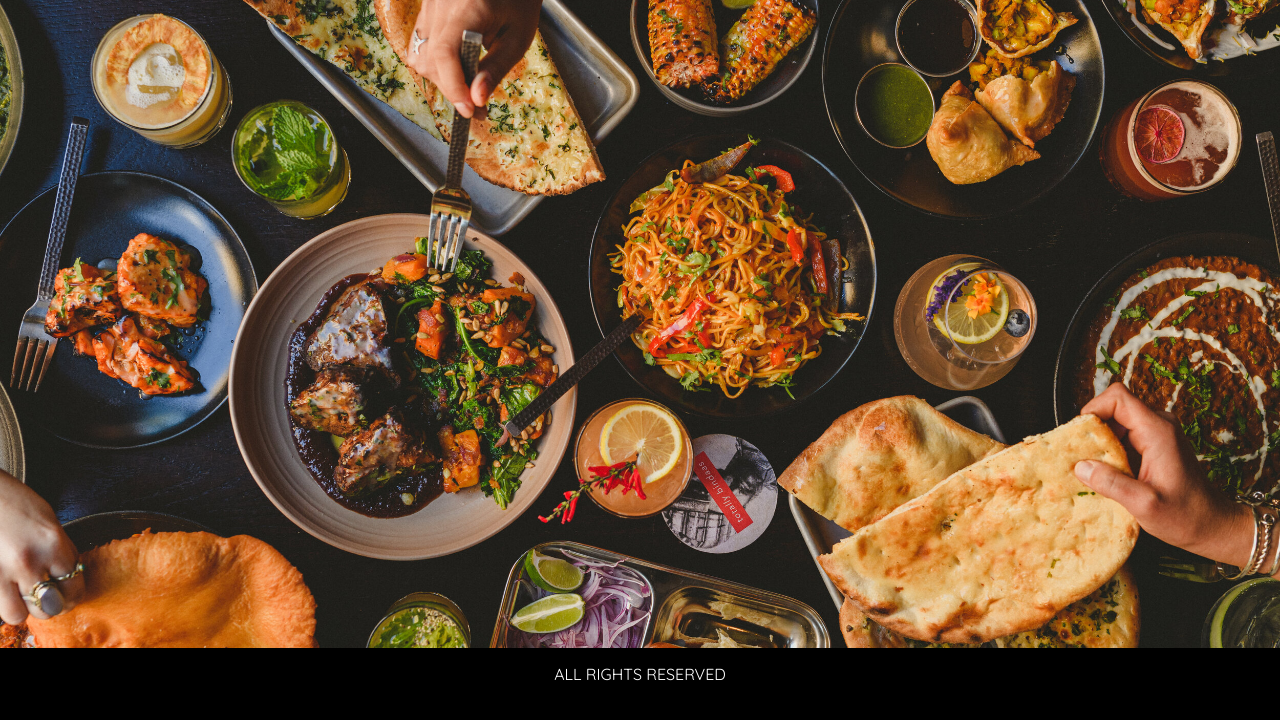
Repository: Anasooya2601/drag-and-drop
Page: home.html
The author's editor kept a copy of each file at every save. The page is drawn from the files as they stood at one save, then again after the next save.
The browser window is 1280 px wide. The pictures show the whole page.
Some web libraries are served in a nearby version.

Above is the page before, as saved 2021-02-15 20:51:56.
Console error: TypeError: Cannot set properties of null (setting 'textContent')

### home.html
<!DOCTYPE html>
<html lang="en">
<head>
    <meta charset="UTF-8">
    <meta name="viewport" content="width=device-width, initial-scale=1.0">
    <title>mrc</title>
    <link rel="icon" type="image/png" href="favicon.png">
    <link rel="stylesheet" href="style.css">
    <link rel="stylesheet"
      href="https://use.fontawesome.com/releases/v5.8.1/css/all.css"
      integrity="sha384-50oBUHEmvpQ+1lW4y57PTFmhCaXp0ML5d60M1M7uH2+nqUivzIebhndOJK28anvf"
      crossorigin="anonymous">
</head>
<body>
    <div class="footer">
        <p>ALL RIGHTS RESERVED</p>
      </div>
        <!-- Script -->
        <script src="script.js"></script>
</body>
</html>

### style.css
/* Trees Image - Pexels: https://www.pexels.com/photo/photo-of-trees-in-forest-3801030/ */
@import url("https://fonts.googleapis.com/css?family=Quicksand&display=swap");

html {
  box-sizing: border-box;
}

:root {
  --column-1: #a2622d;
  --column-2: #1b6161;
  --column-3: #248224;
  --column-4: #a22d22;
}

body {
  margin: 0;
  background: url("./mrc.jpg");
  background-size: cover;
  background-position: 50% 60%;
  background-attachment: fixed;
  color: white;
  font-family: Quicksand, sans-serif;
  overflow-y: hidden;
}
nav{
  top: 0px;
  position:fixed;
  display:flex;
  background:#1b6161;
  height:7.5%;
  width: 100%;
  line-height:60px;
  overflow: hidden;
  box-shadow:0 0 40px rgba(0, 0, 0, 0.2);
}
nav ul{
  display: flex;
  text-align: center;
}
nav ul li{
  cursor: pointer;
  height: 100%;
  padding: 0 10px;
  transition: .4s;
}
nav ul li:hover{background:#2eacd3;}
nav ul li a{color: #f2f2f2;}
nav ul li a span{
  position:obsolute;
  letter-spacing:.5px;
  transform: translateX(-70px);
  opacity: 0;
  pointer-events: none;
  transition: .4s all;
}
nav ul li a i{
  font-size: 22px;
  margin: 0 38px;
  transition: .4s all;
}
nav ul li:hover a span{
  transform: translateX(-55px);
  opacity: 1;
  pointer-events: visible;
}
nav ul li:hover a i{transform: translateX(-25px);}
h1 {
  letter-spacing: 2px;
  text-shadow: 2px 2px 5px black;
}

.main-title {
  text-align: center;
  font-size: 3rem;
}
.main-title1 {
  text-align: center;
  font-size: 4rem;
}

ul {
  list-style-type: none;
  margin: 0;
  padding: 0;
}

.drag-container {
  margin: 20px;
}

.drag-list {
  display: flex;
  align-items: flex-start;
}

/* Columns */
.drag-column {
flex: 1;
  margin: 0 10px;
  position: relative;
  background-color: rgba(0, 0, 0, 0.4);
  border-radius: 10px;
  overflow-x: hidden;
}

.backlog-column .header,
.backlog-column .solid,
.backlog-column .solid:hover,
.backlog-column .over {
  background-color: var(--column-1);
}

.progress-column .header,
.progress-column .solid,
.progress-column .solid:hover,
.progress-column .over {
  background-color: var(--column-2);
}

.complete-column .header,
.complete-column .solid,
.complete-column .solid:hover,
.complete-column .over {
  background-color: var(--column-3);
}

.on-hold-column .header,
.on-hold-column .solid,
.on-hold-column .solid:hover,
.on-hold-column .over {
  background-color: var(--column-4);
}

/* Custom Scrollbar */
.custom-scroll {
  overflow-y: auto;
  max-height: 75vh;
}

.custom-scroll::-webkit-scrollbar-track {
  box-shadow: inset 0 0 6px rgba(0, 0, 0, 0.4);
  border-radius: 10px;
  background-color: rgba(255, 255, 255, 0.3);
  margin-right: 5px;
}

.custom-scroll::-webkit-scrollbar {
  width: 10px;
}

.custom-scroll::-webkit-scrollbar-thumb {
  border-radius: 10px;
  box-shadow: inset 0 0 6px rgba(0, 0, 0, 0.3);
  background-color: rgba(0, 0, 0, 0.8);
}

.header {
  display: flex;
  justify-content: center;
  border-radius: 10px;
  margin: 10px;
}

.header h1 {
  font-size: 1.25rem;
}

/* Drag and Drop */
.over {
  padding: 50px 10px;
}

.drag-item-list {
  min-height: 50px;
}

.drag-item {
  margin: 10px;
  padding: 10px;
  height: fit-content;
  background-color: rgba(0, 0, 0, 0.8);
  border-radius: 10px;
  line-height: 1.5rem;
  letter-spacing: 1px;
  cursor: pointer;
}

.drag-item:focus {
  outline: none;
  background-color: white;
  color: black;
}

/* Add Button Group */
.add-btn-group {
  display: flex;
  justify-content: space-between;
}

.add-btn {
  margin: 10px;
  padding: 5px 10px;
  display: flex;
  align-items: center;
  cursor: pointer;
  width: fit-content;
  border-radius: 5px;
  transition: all 0.3s ease-in;
  user-select: none;
}

.add-btn:hover {
  background-color: rgba(255, 255, 255, 0.9);
  color: black;
}

.add-btn:active {
  transform: scale(0.97);
}

.solid {
  display: none;
}

.solid:hover {
  transition: unset;
  filter: brightness(95%);
  color: white;
}

.plus-sign {
  font-size: 1.5rem;
  margin-right: 5px;
  position: relative;
  top: -3px;
}

.add-container {
  margin: 10px;
  padding: 5px 10px;
  border-radius: 10px;
  background-color: rgba(255, 255, 255, 0.9);
  min-height: 100px;
  display: none;
}

.add-item {
  width: 100%;
  min-height: 100px;
  height: auto;
  background-color: white;
  border-radius: 10px;
  margin: 5px auto;
  resize: none;
  color: black;
  padding: 10px;
}

.add-item:focus {
  outline: none;
}

/* Media Query: Laptop */
@media screen and (max-width: 1800px) {
  .main-title {
    font-size: 2rem;
  }
}

/* Media Query: Large Smartphone (Vertical) */
@media screen and (max-width: 600px) {
  body {
    overflow-y: auto;
  }

  .drag-container {
    margin: 0;
  }

  .drag-list {
    display: block;
  }

  .drag-column {
    margin: 10px;
  }
}

.footer {
  position: fixed;
  left: 0;
  bottom: 0;
  width: 100%;
  height: 10%;
  background-color: black;
  color: white;
  position: flex;
  text-align: center;
}

### script.js
const addBtns = document.querySelectorAll('.add-btn:not(.solid)');
const saveItemBtns = document.querySelectorAll('.solid');
const addItemContainers = document.querySelectorAll('.add-container');
const addItems = document.querySelectorAll('.add-item');
// Item Lists
const listColumns = document.querySelectorAll('.drag-item-list');
const backlogListEl = document.getElementById('backlog-list');
const progressListEl = document.getElementById('progress-list');
const completeListEl = document.getElementById('complete-list');
const onHoldListEl = document.getElementById('on-hold-list');

// Items
let updatedOnLoad = false;

// Initialize Arrays
let backlogListArray = [];
let progressListArray = [];
let completeListArray = [];
let onHoldListArray = [];
let listArrays = [];

// Drag Functionality
let draggedItem;
let dragging = false;
let currentColumn;

// Get Arrays from localStorage if available, set default values if not
function getSavedColumns() {
  if (localStorage.getItem('backlogItems')) {
    backlogListArray = JSON.parse(localStorage.backlogItems);
    progressListArray = JSON.parse(localStorage.progressItems);
    completeListArray = JSON.parse(localStorage.completeItems);
    onHoldListArray = JSON.parse(localStorage.onHoldItems);
  } else {
    backlogListArray = ['Release the course', 'Sit back and relax'];
    progressListArray = ['Work on projects', 'Listen to music'];
    completeListArray = ['Being cool', 'Getting stuff done'];
    onHoldListArray = ['Being uncool'];
  }
}

// Set localStorage Arrays
function updateSavedColumns() {
  listArrays = [backlogListArray, progressListArray, completeListArray, onHoldListArray];
  const arrayNames = ['backlog', 'progress', 'complete', 'onHold'];
  arrayNames.forEach((arrayName, index) => {
    localStorage.setItem(`${arrayName}Items`, JSON.stringify(listArrays[index]));
  });
}

// Filter Array to remove empty values
function filterArray(array) {
  const filteredArray = array.filter(item => item !== null);
  return filteredArray;
}

// Create DOM Elements for each list item
function createItemEl(columnEl, column, item, index) {
  // List Item
  const listEl = document.createElement('li');
  listEl.textContent = item;
  listEl.id = index;
  listEl.classList.add('drag-item');
  listEl.draggable = true;
  listEl.setAttribute('onfocusout', `updateItem(${index}, ${column})`);
  listEl.setAttribute('ondragstart', 'drag(event)');
  listEl.contentEditable = true;
  // Append
  columnEl.appendChild(listEl);
}

// Update Columns in DOM - Reset HTML, Filter Array, Update localStorage
function updateDOM() {
  // Check localStorage once
  if (!updatedOnLoad) {
    getSavedColumns();
  }
  // Backlog Column
  backlogListEl.textContent = '';
  backlogListArray.forEach((backlogItem, index) => {
    createItemEl(backlogListEl, 0, backlogItem, index);
  });
  backlogListArray = filterArray(backlogListArray);
  // Progress Column
  progressListEl.textContent = '';
  progressListArray.forEach((progressItem, index) => {
    createItemEl(progressListEl, 1, progressItem, index);
  });
  progressListArray = filterArray(progressListArray);
  // Complete Column
  completeListEl.textContent = '';
  completeListArray.forEach((completeItem, index) => {
    createItemEl(completeListEl, 2, completeItem, index);
  });
  completeListArray = filterArray(completeListArray);
  // On Hold Column
  onHoldListEl.textContent = '';
  onHoldListArray.forEach((onHoldItem, index) => {
    createItemEl(onHoldListEl, 3, onHoldItem, index);
  });
  onHoldListArray = filterArray(onHoldListArray);
  // Don't run more than once, Update Local Storage
  updatedOnLoad = true;
  updateSavedColumns();
}

// Update Item - Delete if necessary, or update Array value
function updateItem(id, column) {
  const selectedArray = listArrays[column];
  const selectedColumn = listColumns[column].children;
  if (!dragging) {
    if (!selectedColumn[id].textContent) {
      delete selectedArray[id];
    } else {
      selectedArray[id] = selectedColumn[id].textContent;
    }
    updateDOM();
  }
}

// Add to Column List, Reset Textbox
function addToColumn(column) {
  const itemText = addItems[column].textContent;
  const selectedArray = listArrays[column];
  selectedArray.push(itemText);
  addItems[column].textContent = '';
  updateDOM(column);
}

// Show Add Item Input Box
function showInputBox(column) {
  addBtns[column].style.visibility = 'hidden';
  saveItemBtns[column].style.display = 'flex';
  addItemContainers[column].style.display = 'flex';
}

// Hide Item Input Box
function hideInputBox(column) {
  addBtns[column].style.visibility = 'visible';
  saveItemBtns[column].style.display = 'none';
  addItemContainers[column].style.display = 'none';
  addToColumn(column);
}

// Allows arrays to reflect Drag and Drop items
function rebuildArrays() {
  backlogListArray = [];
  for (let i = 0; i < backlogListEl.children.length; i++) {
    backlogListArray.push(backlogListEl.children[i].textContent);
  }
  progressListArray = [];
  for (let i = 0; i < progressListEl.children.length; i++) {
    progressListArray.push(progressListEl.children[i].textContent);
  }
  completeListArray = [];
  for (let i = 0; i < completeListEl.children.length; i++) {
    completeListArray.push(completeListEl.children[i].textContent);
  }
  onHoldListArray = [];
  for (let i = 0; i < onHoldListEl.children.length; i++) {
    onHoldListArray.push(onHoldListEl.children[i].textContent);
  }
  updateDOM();
}

// When Item Enters Column Area
function dragEnter(column) {
  listColumns[column].classList.add('over');
  currentColumn = column;
}

// When Item Starts Dragging
function drag(e) {
  draggedItem = e.target;
  dragging = true;
}

// Column Allows for Item to Drop
function allowDrop(e) {
  e.preventDefault();
}

// Dropping Item in Column
function drop(e) {
  e.preventDefault();
  const parent = listColumns[currentColumn];
  // Remove Background Color/Padding
  listColumns.forEach((column) => {
    column.classList.remove('over');
  });
  // Add item to Column
  parent.appendChild(draggedItem);
  // Dragging complete
  dragging = false;
  rebuildArrays();
}

// On Load
updateDOM();

After the next save:
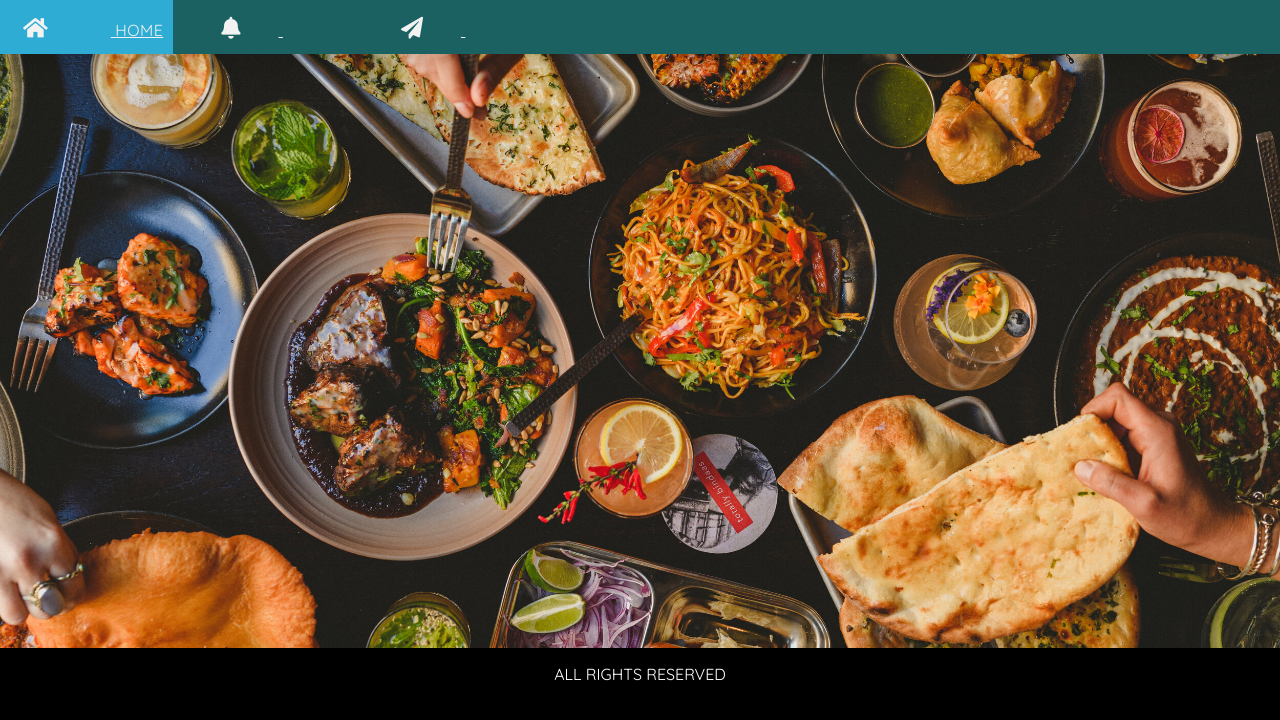
Saved 61 s later.
--- a/home.html
+++ b/home.html
@@ -12,6 +12,47 @@
       crossorigin="anonymous">
 </head>
 <body>
+    <!-- NAV -->
+<nav>
+    <ul>
+        <li>
+            <a href="home.html">
+                <i class="fas fa-home"></i>
+                <span>HOME</span>
+            </a>
+        </li>
+        <li>
+            <a href="#">
+                <i class="fas fa-bell"></i>
+                <span>ALERTS</span>
+            </a>
+        </li>
+        <li>
+            <a href="#">
+                <i class="fas fa-paper-plane"></i>
+                <span>CHAT</span>
+            </a>
+        </li>
+    </ul>
+</nav>
+
+
+
+
+
+
+
+
+
+
+
+
+
+
+
+
+
+    <!-- FOOTER -->
     <div class="footer">
         <p>ALL RIGHTS RESERVED</p>
       </div>
